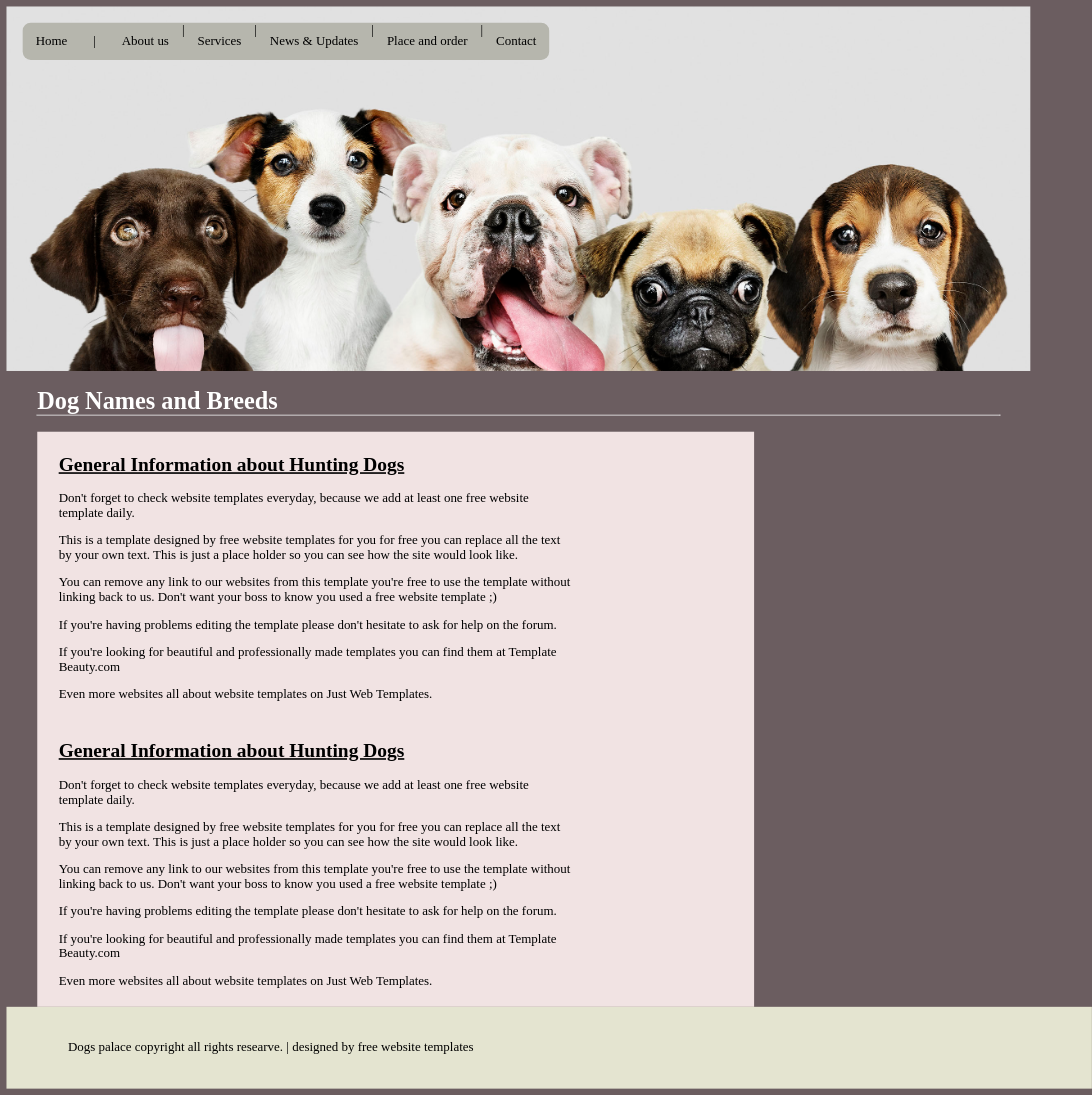
Repository: Tayma-Kazmouz/labwork
Page: index.html
An editor plug-in stored every save of this project. The page is shown before and after the next save, followed by the edit.
The browser window is 1280 px wide. The page is 1348 px wide, so the pictures cover 1348 px, including what lies to the right of the window. The pictures show the whole page, at 81% of full size.

Above is the page before, as saved 2022-04-04 17:17:50.

After the next save:
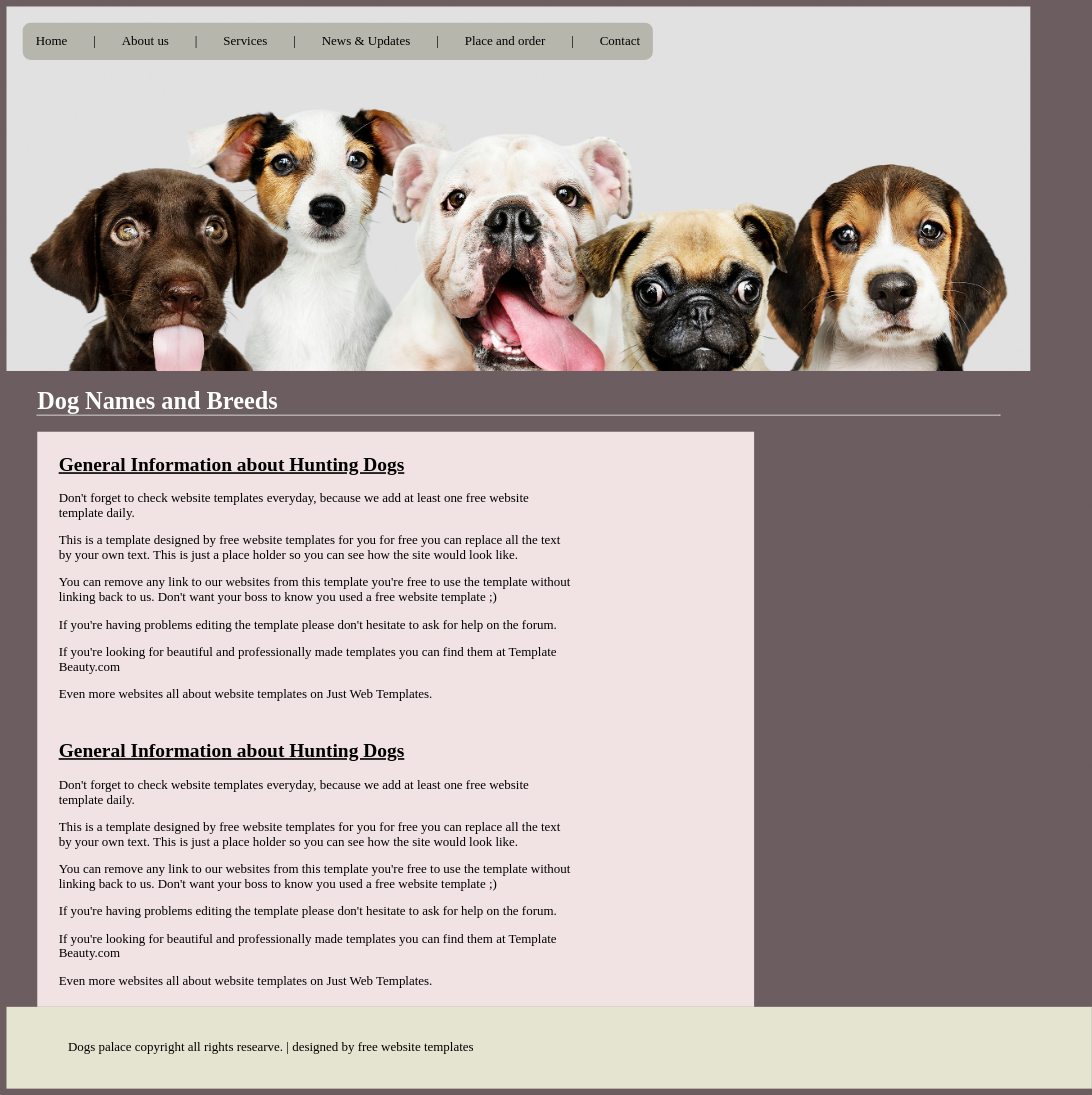
Saved 13 s later.
--- a/index.html
+++ b/index.html
@@ -14,13 +14,13 @@
                 <li><a class="active" href="#">Home</a></li>
                 <li><a>|</a></li>
                 <li><a href="#">About us</a></li>
-                <li>|</li>
+                <li><a>|</a></li>
                 <li><a href="#">Services</a></li>
-                <li>|</li>
+                <li><a>|</a></li>
                 <li><a href="#">News & Updates</a></li>
-                <li>|</li>
+                <li><a>|</a></li>
                 <li><a href="#">Place and order</a></li>
-                <li>|</li>
+                <li><a>|</a></li>
                 <li><a href="#">Contact</a></li>
             </ul>
         </div>
